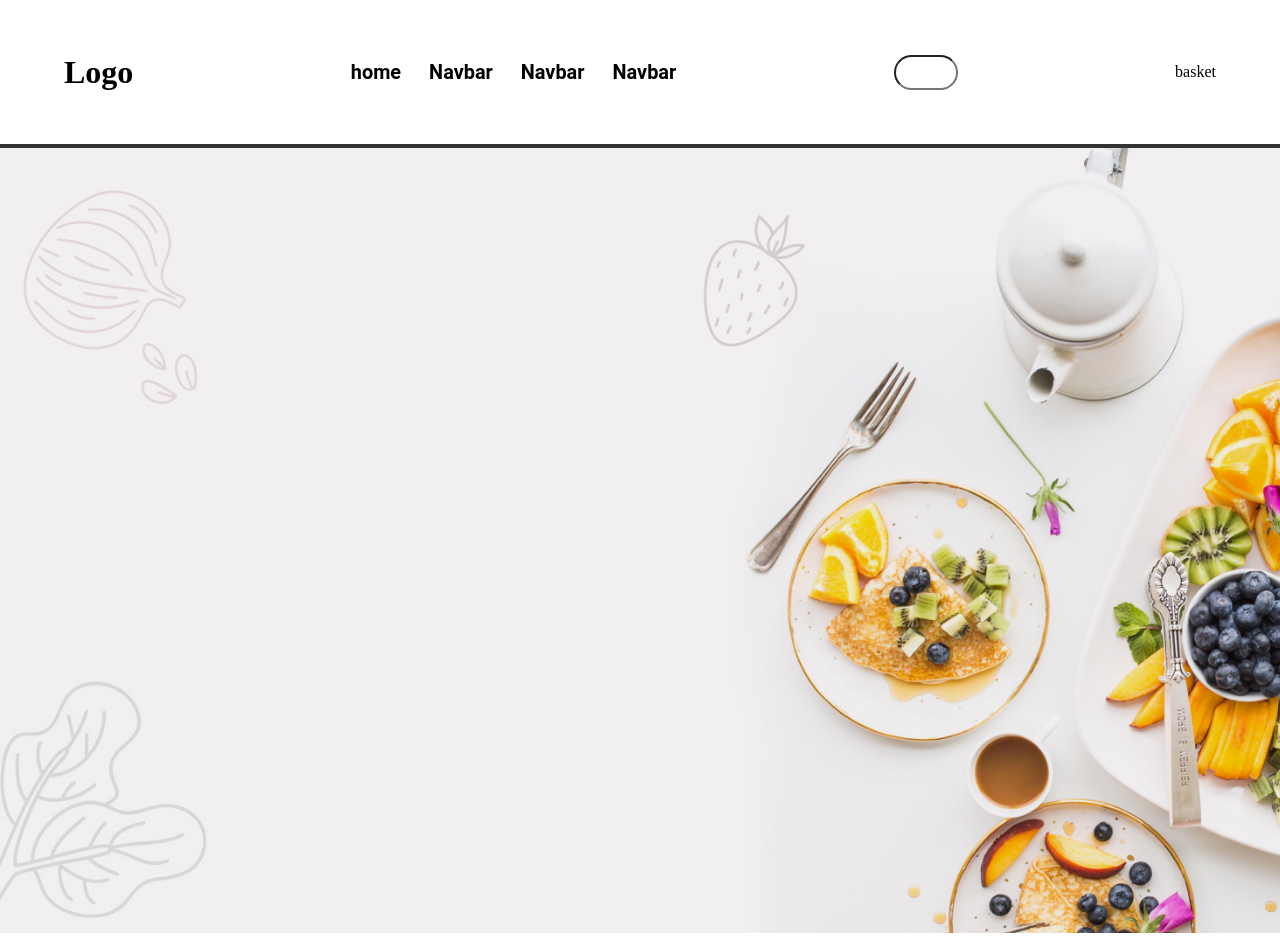
Repository: Islam432/Islam-and-Arsi---team
Page: /
The author's editor kept a copy of each file at every save. The page is drawn from the files as they stood at one save, then again after the next save.
The browser window is 1280 px wide. The pictures show the whole page.
The project was rebuilt for these pictures with package versions that can differ from the ones it lists, and the page was loaded fresh each time. Also part of the build but not shown: vite.config.js, src/App.css, src/components/Comp/Comp.jsx.

Above is the page before, as saved 2023-03-11 23:40:28.

After the next save:
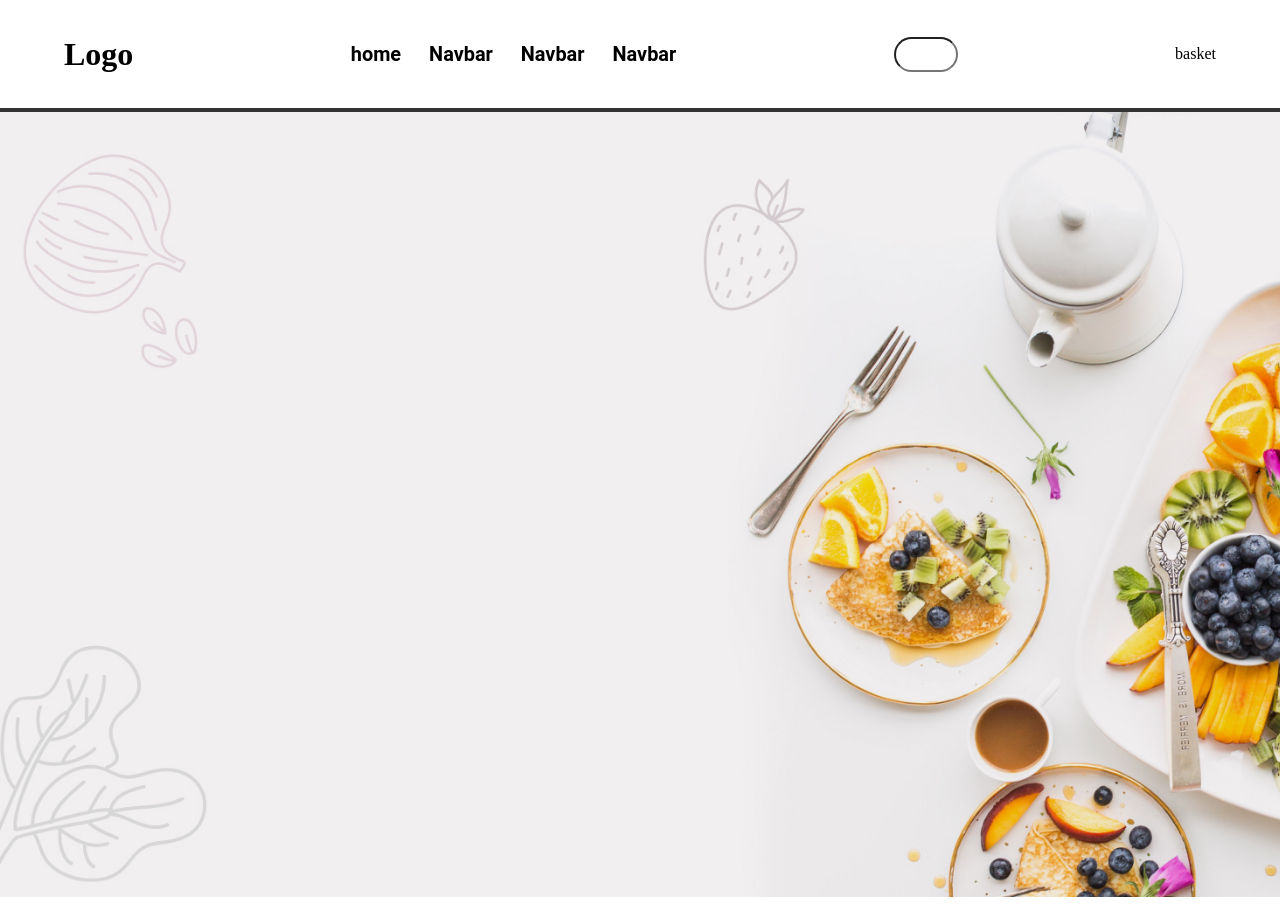
Saved 48 s later.
--- a/src/components/Navbar/Navbar.module.css
+++ b/src/components/Navbar/Navbar.module.css
@@ -3,7 +3,7 @@
   display: flex;
   align-items: center;
   justify-content: center;
-  height: 20vh;
+  height: 15vh;
   background: #ffffff;
 border-bottom: 4px solid #333;
 }
